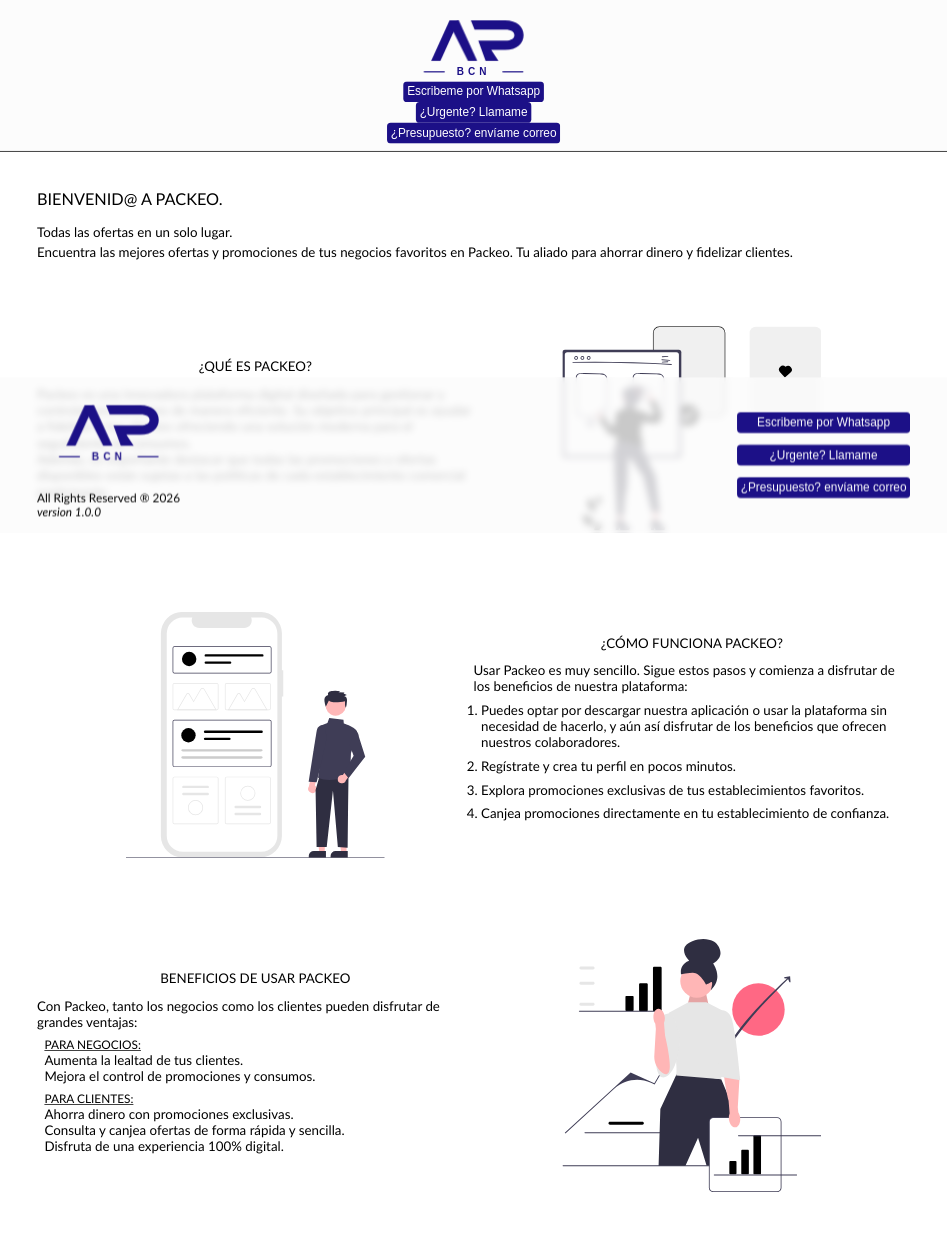
Repository: alupvcbarcelona/alupvcbarcelona-front
Page: /
The author's editor kept a copy of each file at every save. The page is drawn from the files as they stood at one save, then again after the next save.
The browser window is 1280 px wide. The pictures show the whole page, at 74% of full size.
The page's requests for data from a server got no answer. The project was rebuilt for these pictures with package versions that can differ from the ones it lists, and the page was loaded fresh each time. No one was signed in, and anything a server would have sent is missing. Also part of the build but not shown: vite.config.js, src/reducers/partner.reducer/partner.action.js, src/views/Pack/utils/content.js, src/views/Pack/Pack.css, src/views/Pack/Pack.jsx, src/views/404/utils.js, src/views/404/NotFound.css, src/views/404/NotFound.jsx and 6 more.

Above is the page before, as saved 2026-07-24 09:24:03.

### index.html
<!doctype html>
<html lang="en">

<head>
  <meta charset="UTF-8" />
  <link rel="icon" type="image/svg+xml" href="/logo.png" />
  <meta name="viewport" content="width=device-width, initial-scale=1.0 user-scalable=no" />
  <meta name="author" content="AluPVC Barcelona" />
  <title>ALUPVC BCN</title>
</head>

<body>
  <div id="root"></div>
  <script type="module" src="/src/main.jsx"></script>
</body>

</html>

### src/main.jsx
import { StrictMode } from 'react'
import { createRoot } from 'react-dom/client'
import { BrowserRouter } from 'react-router-dom'
import { ReducerProvider } from './context/reducer.context/ReducerContext.jsx'
import { StateProvider } from './context/state.context/StateContext.jsx'
import App from './App.jsx'
import './assets/global/GlobalStyle.css'
import { ScrollProvider } from './context/scroll.context/Scroll.jsx'

createRoot(document.getElementById('root')).render(
  <StrictMode>
    <BrowserRouter>
      <ReducerProvider>
        <StateProvider>
          <ScrollProvider>
            <App />
          </ScrollProvider>
        </StateProvider>
      </ReducerProvider>
    </BrowserRouter>
  </StrictMode>
)

### src/context/reducer.context/ReducerContext.jsx
import { useReducer } from 'react'
import { ReducerContext } from '../createContext'
import {
  stateLoad,
  initStateLoad
} from '../../reducers/loader.reducer/loader.reducer'
import {
  statePartner,
  initStatePartner
} from '../../reducers/partner.reducer/partner.reducer'
import { initStateAuth, stateAuth } from '../../reducers/auth.reducer/auth.reducer'
import { initStatePack, statePacks } from '../../reducers/packs.reducer/pack.reducer'

export const ReducerProvider = ({ children }) => {
  const [load, dispatchLoad] = useReducer(stateLoad, initStateLoad)
  const [partner, dispatchPartner] = useReducer(statePartner, initStatePartner)
  const [auth, dispatchAuth] = useReducer(stateAuth, initStateAuth)
  const [packs, dispatchPack] = useReducer(statePacks, initStatePack)

  return (
    <ReducerContext.Provider value={{ load, dispatchLoad, partner, dispatchPartner, auth, dispatchAuth, packs, dispatchPack }}>
      {children}
    </ReducerContext.Provider>
  )
}

### src/context/scroll.context/Scroll.jsx
import { createContext, useRef } from 'react'
import { ScrollContext } from '../createContext'
import useScrollToRef from '../../hooks/useScrollToRef'

export const ScrollProvider = ({ children }) => {
  const useScroll = useScrollToRef()

  const refTop = useRef(null)
  const refForm = useRef(null)
  const refPack = useRef(null)
  const refPacks = useRef(null)

  return (
    <ScrollContext.Provider
      value={{ useScroll, refTop, refForm, refPack, refPacks }}
    >
      {children}
    </ScrollContext.Provider>
  )
}

### src/context/createContext.jsx
import { createContext } from "react";

export const ReducerContext = createContext()
export const StateContext = createContext()
export const ScrollContext = createContext()

### src/components/ProtectedRoute/ProtectedRoute.jsx
import React, { useContext, useEffect, useState } from 'react'
import { StateContext } from '../../context/createContext'
import { useNavigate } from 'react-router-dom'

const protectedRoute = ({ children, requiresAuth }) => {
  const {
    isAuth: { auth }
  } = useContext(StateContext)

  const navigate = useNavigate()

  useEffect(() => {
    if (requiresAuth && !auth) {
      navigate('/')
    } else if (!requiresAuth && auth) {
      navigate('/perfil')
    }
  }, [auth, navigate, requiresAuth])

  if ((requiresAuth && !auth) || (!requiresAuth && auth)) {
    return null
  }

  return children
}

export default protectedRoute

### src/views/Home/Home.jsx
import React from 'react'
import { home_content, home_description } from './utils/content'
import './Home.css'

const Img = React.lazy(() => import('../../components/Img/Img'))
const Content = React.lazy(() => import('../../components/Content/Content'))

const Home = () => {
  const content = home_content
  const description = home_description

  return (
    <section className='home__content fadeIn'>
      <div>
        <Content element={content} />
      </div>
      <div className='home__section'>
        {description?.body.map((item, index) => (
          <div key={`section-${index}`} className='home__use'>
            <div>
              <h2>{item?.title}</h2>
              {item.article.map((article, articleIndex) => (
                <article key={`article-${articleIndex}`}>
                  <p>{article.paragraph}</p>
                  {article.description_ && (
                    <div className='home__bussiness-type'>
                      {article.description_.map((desc, descIndex) => (
                        <div key={`desc-${descIndex}`}>
                          <h3>{desc.title}</h3>
                          {desc.ul && (
                            <ul>
                              {desc.ul.map((li, liIndex) => (
                                <li key={`desc-li-${liIndex}`}>{li.li}</li>
                              ))}
                            </ul>
                          )}
                        </div>
                      ))}
                    </div>
                  )}
                  {article.ol && (
                    <ol>
                      {article.ol.map((li, olIndex) => (
                        <li key={`ol-li-${olIndex}`}>{li.li}</li>
                      ))}
                    </ol>
                  )}
                </article>
              ))}
            </div>
            <div>
              <Img icon={item.img.img} alt={item.img.alt} w={item.img.width} />
            </div>
          </div>
        ))}
      </div>
    </section>
  )
}

export default Home

### src/layout/Layout.jsx
import React, { useContext, useEffect, useState } from "react";
import { Outlet, useLocation } from "react-router-dom";
import { Helmet, HelmetProvider } from "react-helmet-async";
import { ToastContainer } from "react-toastify";
import useWidth from "../hooks/useWidth";
import "./Layout.css";
import { ScrollContext } from "../context/createContext";

const AluPVCLogo = React.lazy(() => import("../components/Logo/AluPVCLogo"));
const Header = React.lazy(() => import("../components/Header/Header"));
const Footer = React.lazy(() => import("../components/Footer/Footer"));

const Layout = () => {
  const [google, setGoogle] = useState(import.meta.env.VITE_GOOGLE_ADSENSE);
  const { useScroll, refTop } = useContext(ScrollContext);
  const location = useLocation();
  const width = useWidth();
  useEffect(() => {
    useScroll(refTop);
  }, [location]);

  return (
    <>
      <Header />
      <div className="layout__toast">
        <ToastContainer position="bottom-center" hideProgressBar />
      </div>
      <section
        ref={refTop}
        className={`outlet__container ${
          width >= 510 ? "outlet__children" : "outlet__children-mobile"
        }`}
      >
        <Outlet />
      </section>
      <Footer />
    </>
  );
};

export default Layout;

### src/hooks/useScrollToRef.jsx
import { useCallback } from 'react'

const useScrollToRef = () => {
  const scrollToRef = useCallback((ref, h=0) => {
    if (ref.current) {
      ref.current.scrollIntoView({ behavior: 'smooth', block: 'start' })
      setTimeout(() => {
        const scrollY = window.scrollY || document.documentElement.scrollTop
        window.scrollTo({
          top: h,
          behavior: 'smooth',
        })
      }, 0)

    }
  }, [])

  return scrollToRef
}

export default useScrollToRef

### src/views/Home/Home.css
.home__content {
  padding: 50px;
}

.home__content-title {
  margin: 40px 0;
  text-align: center;
}

.home__container-card {
  display: flex;
  gap: 20px;
  flex-wrap: wrap;
  justify-content: center;
}

.home__section {
  display: flex;
  flex-direction: column;
  gap: 70px;
}

.home__use {
  width: 100%;
  display: flex;
  flex-wrap: wrap;
  justify-content: center;
  align-items: center;
}
.home__use > div {
  width: 50%;
}

.home__use > div > article > div {
  margin-bottom: 10px;
}

.home__section h2 {
  font-size: 18px;
  margin-bottom: 15px;
  text-align: center;
}

.home__section img {
  display: block;
  margin: 20px auto;
  max-width: 100%;
  height: auto;
}

.home__section ol {
  padding: 10px;
}

.home__section ol li {
  margin-bottom: 10px;
}

.home__benefits {
  display: flex;
  flex-direction: column;
  gap: 20px;
}

.home__bussiness-type {
  margin: 10px 0 0 10px;
}

.home__bussiness-type > div > h3 {
  margin-top: 10px;
  text-decoration: underline;
  font-size: 16px;
}

.home__benefits ul {
  list-style: disc;
  margin-left: 20px;
}

.home__benefits ul li {
  margin-bottom: 8px;
}

@media (min-width: 663px) {
  .home__use:nth-child(2) {
    flex-direction:row-reverse;
  }
}

@media (max-width: 662px) {
  .home__content {
    padding: 50px 20px 40px 20px;
  }
  .home__use {
    flex-wrap: nowrap;
    flex-direction: column;
    gap: 50px;
  }
  .home__use > div {
    width: 100%;
  }
}

### src/components/Img/Img.jsx
import './Img.css'

const Img = ({
  icon,
  w = 20,
  h = w,
  p = '0px',
  alt,
  title = null,
  action = () => {}
}) => {
  return (
    <img
      className='svg__icon'
      src={icon}
      width={w}
      height={h}
      style={{ padding: p }}
      alt={alt}
      title={title}
      onClick={action}
      loading='lazy'
    />
  )
}

export default Img

### src/hooks/useWidth.jsx
import { useEffect, useState } from 'react'

const useWidth = () => {
  const [width, setWidth] = useState(window.innerWidth);
  useEffect(() => {
    const handleResize = () => {
      setWidth(window.innerWidth);
    };

    window.addEventListener('resize', handleResize);

    return () => {
      window.removeEventListener('resize', handleResize);
    };
  }, []);
  return width;
}

export default useWidth

### src/layout/Layout.css
.outlet__container {
  min-height:50svh;
}

### src/components/Logo/AluPVCLogo.jsx
import Img from "../Img/Img";
const logo = "/public/logo_2.png";
import "./AluPVCLogo.css";

const AluPVCLogo = () => {
  return (
    <div className="alupvc-logo fadeIn">
      <div className="logo-container">
        <svg
          viewBox="0 0 600 400"
          className="logo-svg"
          xmlns="http://www.w3.org/2000/svg"
        >
          <defs>
            <linearGradient id="grad" x1="0%" y1="0%" x2="100%" y2="100%">
              <stop offset="0%" stopColor="var(--p-bg-secondary)" />
              <stop offset="100%" stopColor="var(--p-bg-secondary)" />
            </linearGradient>
          </defs>

          {/* A izquierda */}
          <polygon
            className="a-left"
            points="70,290 170,70 220,70 120,290"
            fill="url(#grad)"
          />

          {/* A derecha */}
          <polygon
            className="a-right"
            points="220,70 320,290 270,290 170,90"
            fill="url(#grad)"
          />

          {/* P */}
          <path
            className="letter-p"
            d="
    M285 70
    H470
    C535 70 570 105 570 150
    C570 195 535 230 470 230
    H395
    L435 290
    H365
    L325 180
    H470
    C505 180 520 167 520 150
    C520 133 505 120 470 120
    H305
    Z"
            fill="url(#grad)"
          />

          {/* Línea izquierda */}
          <rect
            className="line-left"
            x="30"
            y="345"
            width="115"
            height="8"
            rx="4"
            fill="url(#grad)"
          />

          {/* Línea derecha */}
          <rect
            className="line-right"
            x="455"
            y="345"
            width="115"
            height="8"
            rx="4"
            fill="url(#grad)"
          />

          {/* BCN */}
          <text
            x="300"
            y="366"
            textAnchor="middle"
            className="logo-text logo-bcn"
          >
            BCN
          </text>
        </svg>
      </div>
    </div>
  );
};

export default AluPVCLogo;

### src/components/Header/Header.jsx
import React, { useContext } from 'react'
import { NavLink, useNavigate, useLocation } from 'react-router-dom'
import useWidth from '../../hooks/useWidth'
import { ReducerContext, StateContext } from '../../context/createContext'
import { optionsNavigate, optionsNavigateMobile } from './utils/content'
import { handleGoHome } from './utils/functions'
import Img from '../Img/Img'
import './Header.css'
import menu from '/menu.svg'
import login from '/login.svg'
import AluPVCLogo from '../Logo/AluPVCLogo'
import { handleCallPhone, handleEmail, handleWhatsapp } from '../Footer/utils'
const Button = React.lazy(() => import('../Button/Button'))

const Header = () => {
  const width = useWidth()
  const navigate = useNavigate()
  const location = useLocation()
  const {
    isAuth: { auth },
    showMenu,
    handleShowMenu,
    handleCloseSesion
  } = useContext(StateContext)
  const {
    auth: { user }
  } = useContext(ReducerContext)

  const navbar = optionsNavigate(user, auth)
  const navbarMobile = optionsNavigateMobile(user, auth)

  return (
    <header className='header__container filter'>
      <div className='header__content-logo'>
        <AluPVCLogo />
      </div>
      <Button
            ariaLabel="Whatsapp"
            p="5px"
            br="5px"
            children="Escribeme por Whatsapp"
            onClick={handleWhatsapp}
          />
          <Button
            ariaLabel="Teléfono"
            p="5px"
            br="5px"
            children="¿Urgente? Llamame"
            onClick={handleCallPhone}
          />
          <Button
            ariaLabel="Email"
            p="5px"
            br="5px"
            children="¿Presupuesto? envíame correo"
            onClick={handleEmail}
          />
    </header>
  )
}

export default Header

### src/components/Footer/Footer.jsx
import React from "react";
import packageJson from "../../../package.json";
import { year, handleEmail, handleWhatsapp, handleCallPhone } from "./utils";
import AluPVCLogo from "../Logo/AluPVCLogo";
import Button from "../Button/Button";

import "./Footer.css";

const Footer = () => {
  return (
    <footer>
      <div className="footer__container filter">
        <div className="footer_content-logo">
          <AluPVCLogo />
          <div className="footer_content-version">
            <span>All Rights Reserved &#174;​ {year()}</span>
            <i>version {packageJson.version}</i>
          </div>
        </div>
        <div className="footer_content-action">
          <Button
            ariaLabel="Whatsapp"
            p="5px"
            br="5px"
            children="Escribeme por Whatsapp"
            onClick={handleWhatsapp}
          />
          <Button
            ariaLabel="Teléfono"
            p="5px"
            br="5px"
            children="¿Urgente? Llamame"
            onClick={handleCallPhone}
          />
          <Button
            ariaLabel="Email"
            p="5px"
            br="5px"
            children="¿Presupuesto? envíame correo"
            onClick={handleEmail}
          />
        </div>
      </div>
    </footer>
  );
};

export default Footer;

### src/components/Button/Button.jsx
import "./Button.css";

const Button = ({
  children,
  icon,
  ariaLabel,
  bgColor = "var(--p-bg-secondary)",
  textColor = "var(--p-text-primary_2)",
  p,
  br,
  w = "auto",
  h = "auto",
  type = "button",
  onClick,
  className = "",
  style = {},
  ...props
}) => {
  return (
    <button
      type={type}
      onClick={onClick}
      aria-label={ariaLabel}
      className={`button ${className}`}
      style={{
        backgroundColor: bgColor,
        color: textColor,
        padding: p,
        borderRadius: br,
        width: w,
        height: h,
        ...style,
      }}
      {...props}
    >
      {icon && <span className="button__icon">{icon}</span>}

      {children && <span className="button__text">{children}</span>}
    </button>
  );
};

export default Button;

### src/components/Img/Img.css
.svg__icon {
  transition: all 0.1s ease-in;
  cursor:pointer;
}

.svg__icon:hover{
  transform: scale(1.1);
}

### src/components/Content/Content.css
.content__container {
  width: 100%;
  display: flex;
  flex-direction: column;
  gap: 20px;
  margin-bottom: 30px;
  transition: all 0.3s ease-in-out;
}

.content__content-information {
  display: flex;
  justify-content: start;
  align-items: center;
  gap: 10px;
}

.content__content-contact {
  display: flex;
  flex-direction: column;
  gap: 5px;
}

.content__links {
  display: flex;
  flex-wrap: wrap;
  align-items: center;
}

.content__content-location {
  display: flex;
  gap: 5px;
  align-items: center;
}

.content__content-location > span {
  background-color: var(--p-bg-black);
  color: var(--p-text-tertiary);
  padding: 0 5px;
  border-radius: 5px;
}

### src/components/Logo/AluPVCLogo.css
.logo-container {
  display: flex;
  justify-content: center;
  align-items: center;
  width: 100%;
}

.logo-svg {
  width: 150px;
  max-width: 100%;
    overflow: visible;
}

.logo-text {
  fill: var(--p-bg-secondary);
  font-size: 54px;
  font-family: Arial, Helvetica, sans-serif;
  font-weight: 700;
  letter-spacing: 22px;
}

/* Animaciones */

.a-left {
  animation: slideLeft .9s cubic-bezier(.22,1,.36,1) forwards;
}

.a-right {
  animation: slideTop .9s .15s cubic-bezier(.22,1,.36,1) forwards;
}

.letter-p {
  animation: slideRight .95s .3s cubic-bezier(.22,1,.36,1) forwards;
}

.line-left {
  transform-origin: right center;
  animation: growLeft .6s .9s ease forwards;
}

.line-right {
  transform-origin: left center;
  animation: growRight .6s .9s ease forwards;
}

.logo-bcn {
  opacity: 0;
  animation: fadeUp .6s 1.2s ease forwards;
}

/* Estado inicial */

.a-left,
.a-right,
.letter-p {
  opacity: 0;
}

.a-left {
  transform: translateX(-80px) rotate(-10deg);
}

.a-right {
  transform: translateY(-70px) rotate(8deg);
}

.letter-p {
  transform: translateX(90px);
}

.line-left,
.line-right {
  transform: scaleX(0);
}

@keyframes slideLeft {
  0% {
    opacity: 0;
    transform: translateX(-80px) rotate(-10deg);
  }
  70% {
    opacity: 1;
    transform: translateX(10px) rotate(2deg);
  }
  100% {
    opacity: 1;
    transform: translateX(0) rotate(0);
  }
}

@keyframes slideTop {
  0% {
    opacity: 0;
    transform: translateY(-70px) rotate(8deg);
  }
  70% {
    opacity: 1;
    transform: translateY(8px) rotate(-2deg);
  }
  100% {
    opacity: 1;
    transform: translateY(0) rotate(0);
  }
}

@keyframes slideRight {
  0% {
    opacity: 0;
    transform: translateX(90px);
  }
  70% {
    opacity: 1;
    transform: translateX(-8px);
  }
  100% {
    opacity: 1;
    transform: translateX(0);
  }
}

@keyframes growLeft {
  to {
    transform: scaleX(1);
  }
}

@keyframes growRight {
  to {
    transform: scaleX(1);
  }
}

@keyframes fadeUp {
  from {
    opacity: 0;
    transform: translateY(12px);
  }
  to {
    opacity: 1;
    transform: translateY(0);
  }
}

### src/components/Header/Header.css
.header__container {
  position: sticky;
  top: 0;
  left: 0;
  width: 100%;
  padding: 10px;
  display: flex;
  flex-direction: column;
  align-items: center;
  border-bottom: 1px solid black;
  z-index: 20;
}

.header__link-active {
  text-decoration: line-through;
}

.header__content-logo > button {
  font-size: var(--p-font-size-xl);
  font-weight: 800;
}

.header__content-navbar {
  width: 100%;
}

.header__content-navbar > ul {
  width: 100%;
  display: flex;
  justify-content: space-evenly;
  padding: 10px 10px;
}

.header__content-navbar > ul > li {
  cursor: pointer;
}

.header__content-navbar > ul > li > a,
.header__content-navbar > ul > li {
  display: flex;
  gap: 5px;
  text-transform: capitalize;
  flex-direction: column;
  align-items: center;
}

.header__links > a {
  font-weight: 300;
  color: var(--p-text-primary);
}

.header__content-nav-mobile {
  display: none;
}

.header__menu-icon {
  display: none;
}

.rotate-active {
  transform: rotate(90deg);
}

.rotate-inactive {
  transform: rotate(0deg);
}

.menu-active {
  transform: translateX(0px);
  transition: all 0.5s ease-out;
}

.menu-inactive {
  transform: translateX(-510px);
  transition: all 0.5s ease-out;
}

.header__close-sesion {
  display: flex;
  align-items: center;
  gap: 5px;
}

@media (max-width: 509px) {
  .header__content-navbar {
    display: none;
  }

  .header__content-nav-mobile {
    display: flex;
  }

  .header__menu-icon > img {
    pointer-events: all !important;
  }

  .header__menu-icon {
    display: flex;
    position: absolute;
    top: 25px;
    right: 25px;
    z-index: 10;
    transition: all 0.2s ease;
  }

  .header__content-nav-mobile > ul {
    position: absolute;
    width: 100%;
    height: 100svh;
    background-color: var(--p-bg-primary);
    display: flex;
    flex-direction: column;
    justify-content: start;
    padding: 30px 20px;
    align-items: center;
    transition: all 0.2s ease-in-out;
    left: 0;
    top:81px;
  }

  .header__content-nav-mobile > ul > li {
    width: 100%;
    height: auto;
    padding: 10px 0;
  }

  .header__content-nav-mobile > ul > li > a,
  .header__content-nav-mobile > ul > li {
    display: flex;
    gap: 5px;
    text-transform: capitalize;
    align-items: center;
  }
}

### src/components/Footer/Footer.css
.footer__container {
  position: fixed;
  width: 100%;
  padding: 20px 50px;
  display: flex;
  justify-content: space-between;
  gap: 50px;
  bottom: 0;
}

.footer_content-logo {
  display: flex;
  flex-wrap: wrap;
  justify-content: space-between;
  flex-direction: column;
  gap: 2rem;
}

.footer_content-version {
  display: flex;
  flex-direction: column;
  justify-content: end;
}

.footer_content-action {
  display: flex;
  justify-content: center;
  flex-direction: column;
  gap: 1rem;
}

@media (max-width: 662px) {
  .footer__container {
    /* flex-direction: column-reverse; */
    padding: 20px;
  }
}

Loaded but not shown: package.json (35 lines, source omitted); src/views/Home/utils/content.js (107 lines, source omitted); src/components/Header/utils/content.js (167 lines, source omitted); src/components/Footer/utils.js (82 lines, source omitted); src/reducers/packs.reducer/pack.reducer.js (24 lines, source omitted); src/services/fetch.js (23 lines, source omitted); src/reducers/partner.reducer/partner.reducer.js (18 lines, source omitted); src/reducers/loader.reducer/loader.reducer.js (15 lines, source omitted); src/reducers/auth.reducer/auth.reducer.js (12 lines, source omitted); src/components/Header/utils/functions.js (3 lines, source omitted); src/context/state.context/StateContext.jsx (158 lines, source omitted); src/components/Content/Content.jsx (112 lines, source omitted); src/App.jsx (54 lines, source omitted); src/assets/global/GlobalStyle.css (192 lines, source omitted); src/components/Button/Button.css (no stored copy; drawn as an empty file)

After the next save:
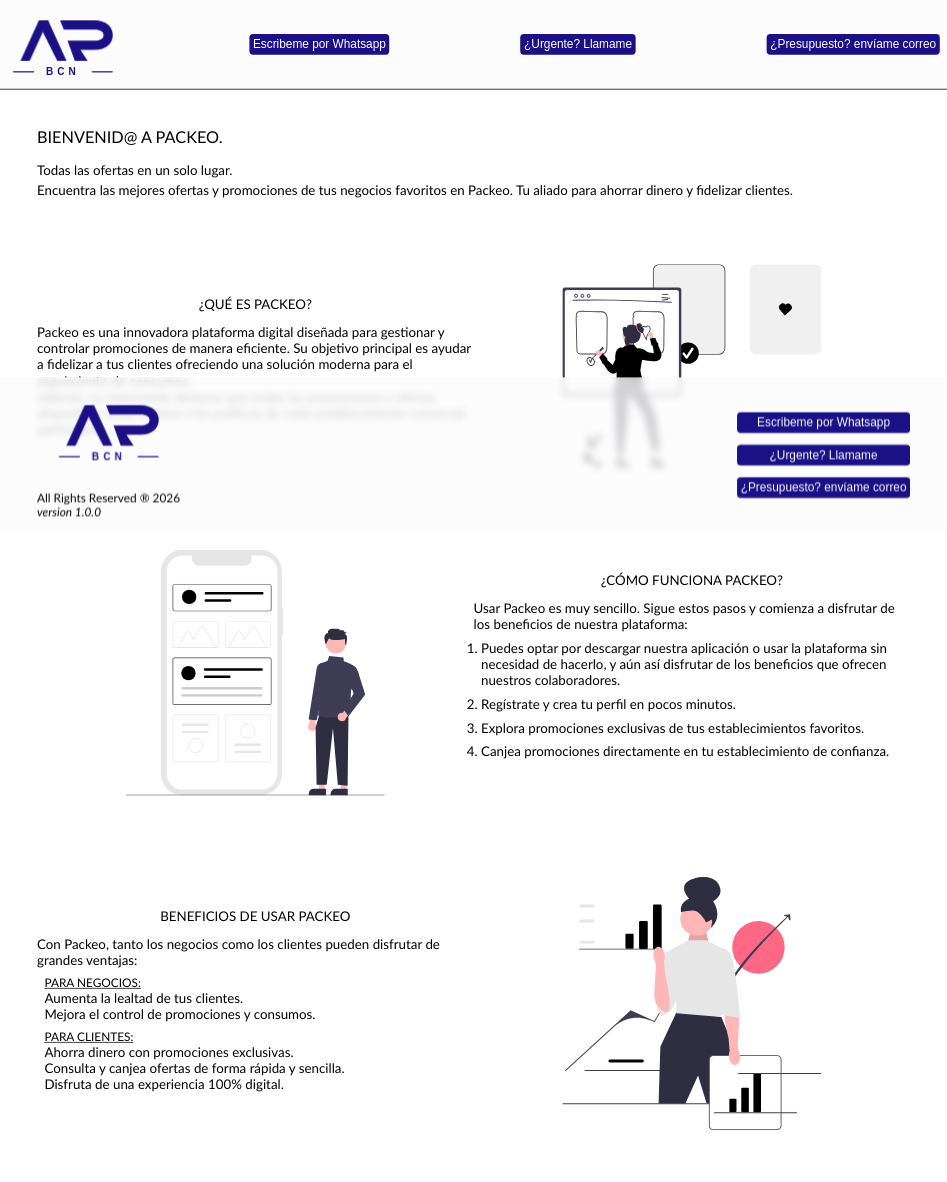
Saved 78 s later.
--- a/src/components/Header/Header.css
+++ b/src/components/Header/Header.css
@@ -5,7 +5,7 @@
   width: 100%;
   padding: 10px;
   display: flex;
-  flex-direction: column;
+  justify-content: space-between;
   align-items: center;
   border-bottom: 1px solid black;
   z-index: 20;
